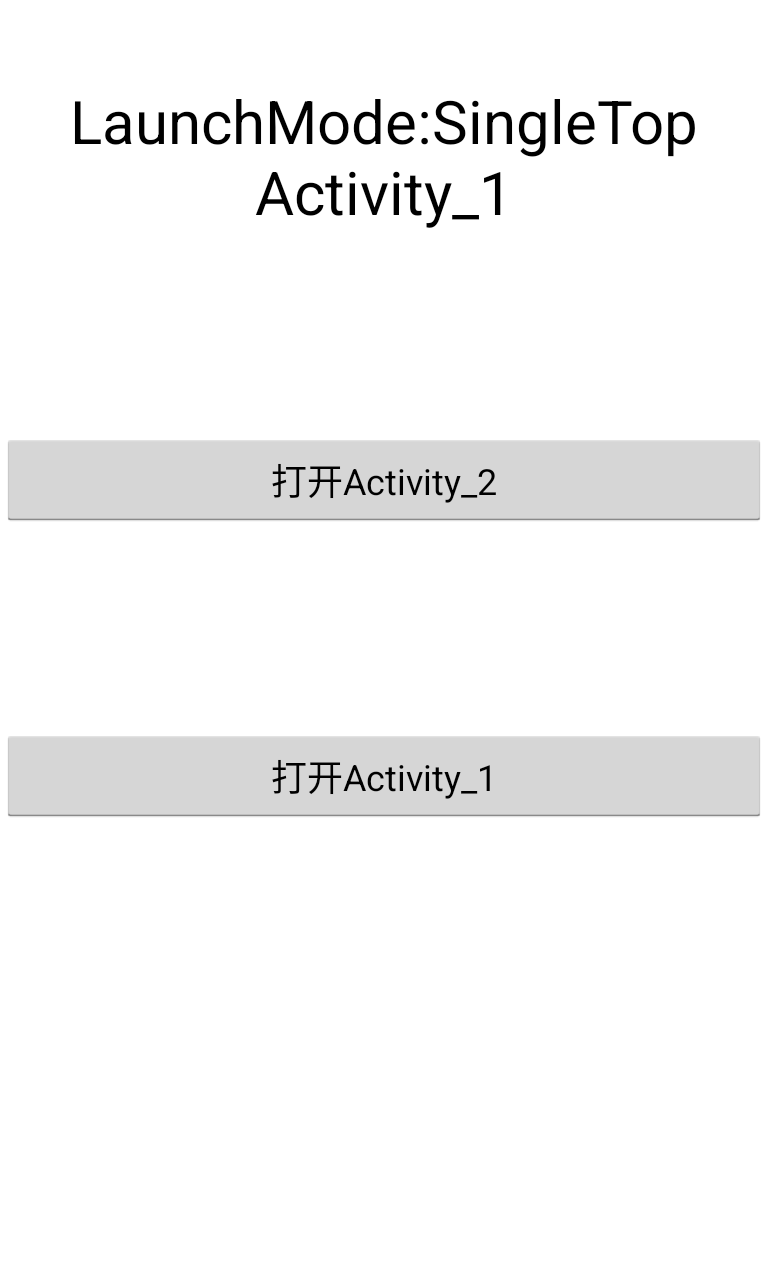
Repository: CiLiNet-Android/courseware
Layout: Android基本组件/Activity/SourceCodes/TaskStackDemo/res/layout/launchmode_singleinstance_activity_1.xml
An editor plug-in stored every save of this project. The layout is shown before and after the next save, followed by the edit.
It is drawn on a 768 x 1280 px phone screen (xhdpi) without system bars, with theme AppTheme; the app's code is not run.

Above is the layout before, as saved 2013-11-23 11:59:33.

After the next save:
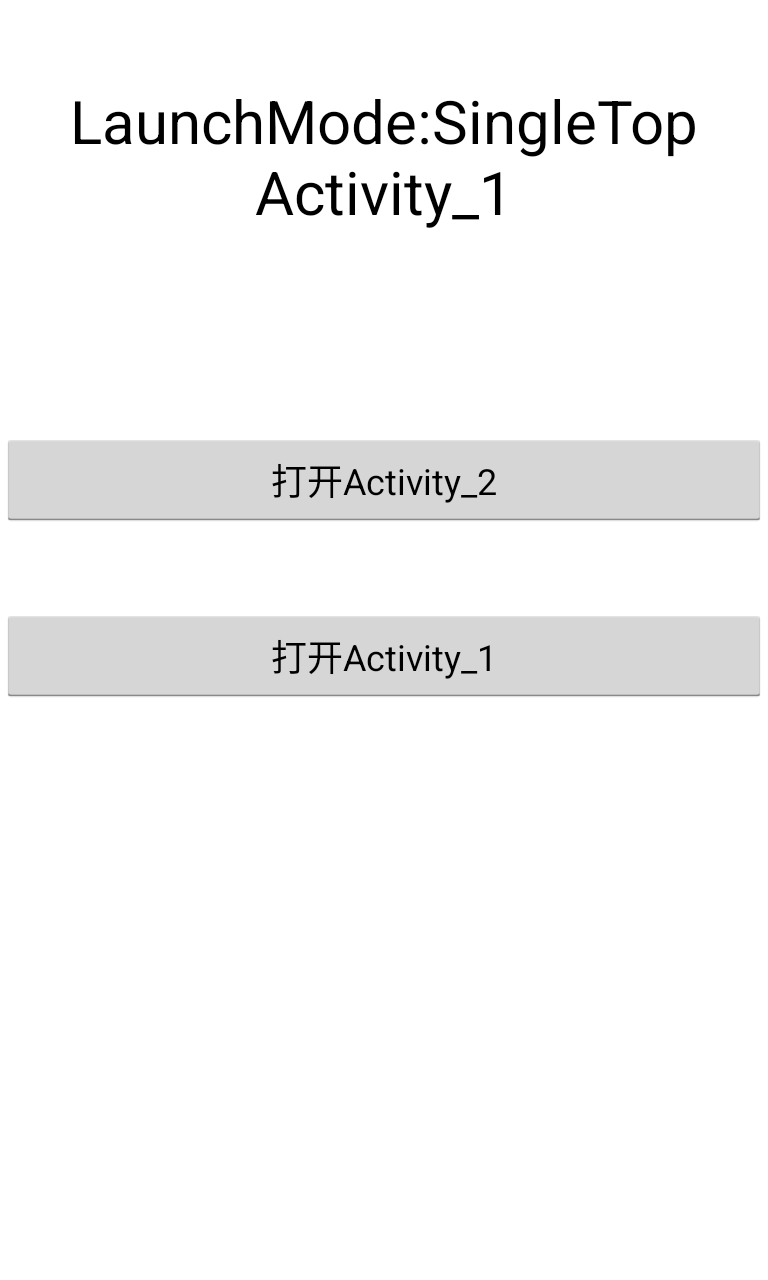
Saved 14 s later.
--- a/Android基本组件/Activity/SourceCodes/TaskStackDemo/res/layout/launchmode_singleinstance_activity_1.xml
+++ b/Android基本组件/Activity/SourceCodes/TaskStackDemo/res/layout/launchmode_singleinstance_activity_1.xml
@@ -23,7 +23,7 @@
     <Button
         android:layout_width="match_parent"
         android:layout_height="wrap_content"
-        android:layout_marginTop="100dp"
+        android:layout_marginTop="40dp"
         android:text="@string/launchMode_singleTop_start_activity_1"
         android:id="@+id/btn_launchMode_singleTop_startActivity_1_1"/>
 
